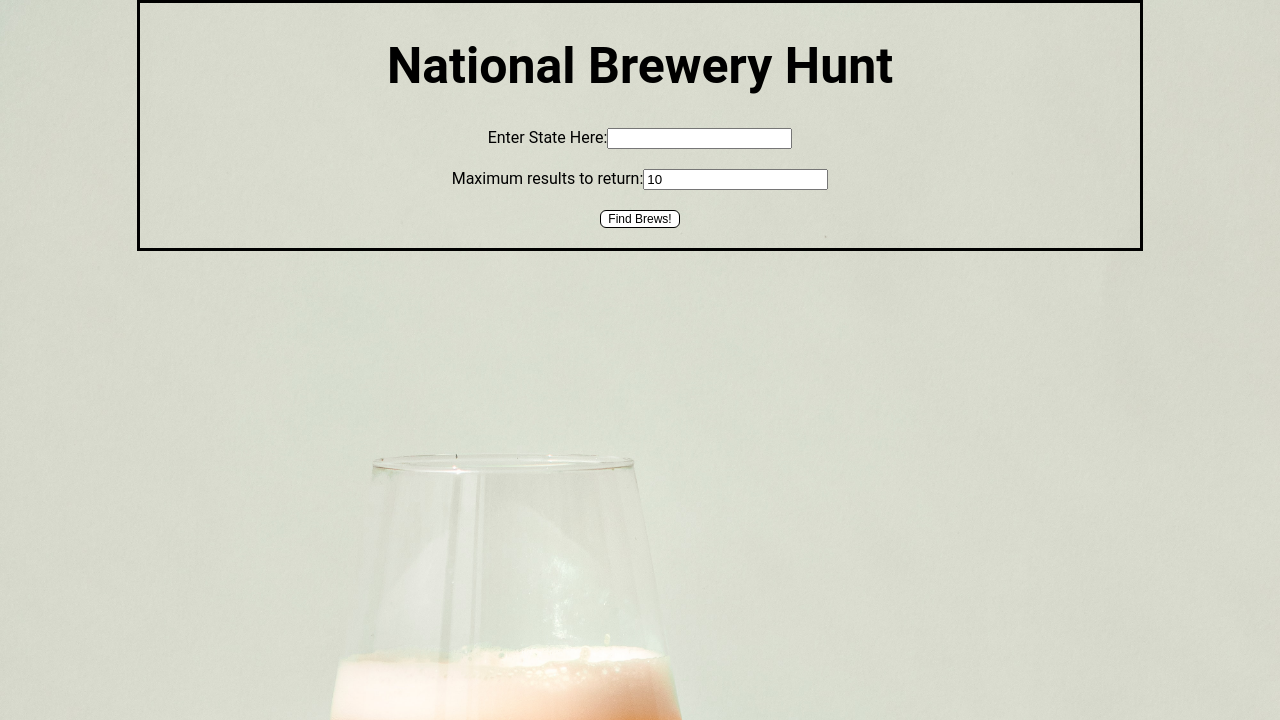
Repository: kaitlynMidori/searchBrews
Page: index.html
These files come from the project's save history. The page is drawn as it stood at one moment and after the next save; the edit follows.
The browser window is 1280 px wide. The pictures show the whole page.

Above is the page before, as saved 2021-04-24 11:59:32.

### index.html
<!DOCTYPE html>
<html lang="en">

<head>
    <meta charset="UTF-8" />
    <meta name="viewport" content="width=device-width, initial-scale=1.0" />
    <meta http-equiv="X-UA-Compatible" content="ie=edge" />
    <title>National Brewery Hunt</title>
    <link rel="stylesheet" href="style.css" />
</head>

<body>
    <div id="container">
        <h1>National Brewery Hunt</h1>

        <form id="search-form">
            <p>
                <label for="by_state">Enter State Here:</label>
                    <input type="text" name="by_state" id="by_state" required />
            </p>

            <p>
                <label for="max-results">Maximum results to return: </label>
                    <input type="number" name="max-results" id="max-results" value="10" />
            </p>

            <p>
                <input type="submit" value="Find Brews!" class="submit" />
            </p>
        </form>

        <p id="error-message"></p>

        <section id="results" class="hidden">
            <h2>Search results</h2>
            <ol id="results-list"></ol>
        </section>
    </div>
    <script src="https://code.jquery.com/jquery-3.3.1.js" integrity="sha256-2Kok7MbOyxpgUVvAk/HJ2jigOSYS2auK4Pfzbm7uH60=" crossorigin="anonymous"></script>
    <script src="app.js"></script>
</body>

</html>
<!-- This app doesn't follow a11y best practices, and the JS file is incomplete. Complete the getBreweries, displayResults, and watchSubmit functions. When you're done, this app should allow a user to search for a state, and display a list of breweries in that state. The list should include the brewery's name and a link to their website. You should make requests to this API: https://www.openbrewerydb.org/ . Make any necessary adjustments to make this app accessible. -->

### style.css

body {
    font-family: "Roboto", sans-serif;
    color: black;
    margin: auto;
    /* background: cover; */
    background-image: url("screenshots/beer.jpg");
    background-repeat: no-repeat;
    background-size: 100%;
    background-color: black;
    width: 100%;
    max-width: 1000px;
    border: solid;
}

.img {
    height: 100%;
    width: 100%;
}

.hidden {
    display: none;
}

h1  {
    text-align: center;
    font-size: 50px;
}

h2 {
    text-align: center;
}

/* .search-form {
    text-align: center;
    display: flex;
    flex-direction: column;
    width: auto;
    border: 1px solid black;
    padding: 30px;
    margin-left: 100px;
    margin-right: 100px;
    margin-bottom: 50px;
    border-radius: 8px;
} */

legend {
    text-align: center;
}

form p {
    margin: 5px;
    display: flex;
    width: auto;
    justify-content: center;
    margin: 20px 0 20px 0;
}

/* .results-list {
    margin: auto;
    width: 50px;
    height: 25px;
    padding: 0px;
    text-align: left;
    margin-bottom: 10px;
    margin-top: 10px;
    border-radius: 6px;
} */



.submit {
    border: 1px solid black;
    background-color: white;
    justify-content: center;
    margin-left: auto;
    margin-right: auto;
    width: 80px;
    height: 18px;
    border-radius: 6px;
    padding: 1px;
    font-size: 12px;
}

.submit:hover {
    cursor: pointer;
}

/* .results-amount:hover {
    cursor: text;
} */


/*Results Styling*/

/* .results-display-container {
    margin: auto;
} */

/* .single-result {
    border: 1px solid rgb(177, 175, 175);
    margin: auto;
    border-radius: 8px;
    box-shadow: -1px 2px rgb(209, 209, 209);
    padding: 15px;
    width: 1000px;
    margin-bottom: 15px;
} */

### app.js
"use strict";

const searchURL = ("https://api.openbrewerydb.org/breweries");

 //format query params
function formatQueryParams(params) {
    //return object array with params
   const queryItems = Object.keys(params)
   //produce object map param string key
     .map(key => `${key}=${params[key]}`)
     //return array as string
   return queryItems.join('&');
 }

function displayResults(responseJson, maxResults) {

    // if there are previous results, remove them
    console.log(responseJson);
    $("#results-list").empty();

    // iterate through the data array
    // list brewery name, city, url
    for (let i = 0; i < responseJson.length; i++) {
    $("#results-list").append(`<li class="each-product-result">

    <h3 class="product-name">${responseJson[i].name}</h3>
    <p class="product-price">${responseJson[i].city}</p>
    <p>Brewery page: <a href=${responseJson[i].website_url}>${responseJson[i].website_url}</a></p><br>
    <br>
    </li>`
      )
  };
    //display the results section
    $("#results").removeClass("hidden");
}

//getBreweries function
function getBreweries(query, maxResults) {
    //set API paramaters
    const params = {
        by_state: query,
        per_page: maxResults,
    };
    //declare queryString as formatQueryParams
    const queryString = formatQueryParams(params);
    //declare url to bind user input string to searchUrl
    const url = searchURL + "?" + queryString;
    console.log(url);
    //initiate fetch request using pure promise to get JSON object
    fetch(url)
    //check for resolved promise
        .then((response) => {
            // if response = true
            if (response.ok) {
                //return response object
                return response.json();
            }
            //raise exception to reject promise error and trigger .catch
            throw new Error(response.statusText);
        })
        .then((responseJson) => displayResults(responseJson, maxResults))
        //Catch any errors and return message
        .catch((err) => {
            $("#error-message").text(`Something went wrong: ${err.message}`);
        });
}

function watchForm() {
    // Bind an event handler to the “submit” JavaScript event
    $("form").submit((event) => {
        // If this method is called, the default action of the event will not be triggered.
        event.preventDefault();
        let by_state = $("#by_state").val();
	// by_state = by_state.replace(/\s/g, '');
        const maxResults = $("#max-results").val();
        getBreweries(by_state, maxResults);
    });
}

//call jQuery to pass in callback function when page loads
$(watchForm);

After the next save:
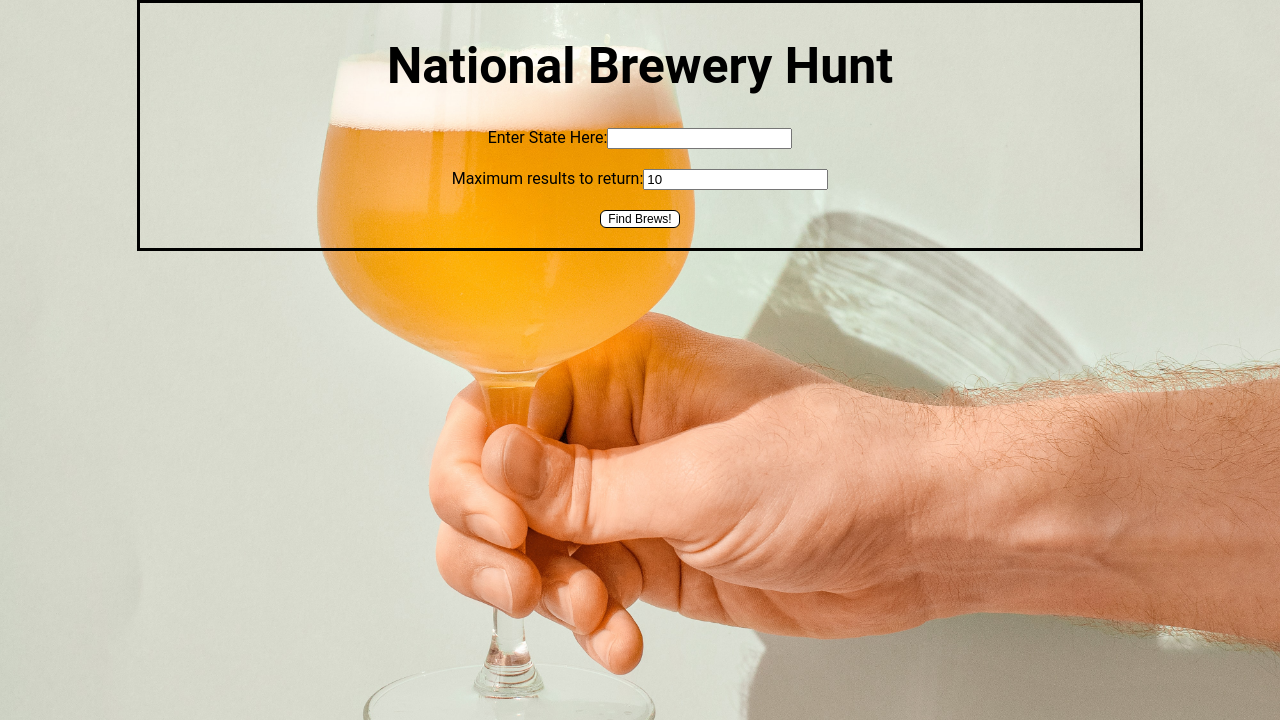
Saved 108 s later.
--- a/style.css
+++ b/style.css
@@ -4,18 +4,13 @@ body {
     color: black;
     margin: auto;
     /* background: cover; */
-    background-image: url("screenshots/beer.jpg");
+    background: url("screenshots/beer.jpg") no-repeat center center fixed;
     background-repeat: no-repeat;
     background-size: 100%;
     background-color: black;
     width: 100%;
     max-width: 1000px;
     border: solid;
-}
-
-.img {
-    height: 100%;
-    width: 100%;
 }
 
 .hidden {
